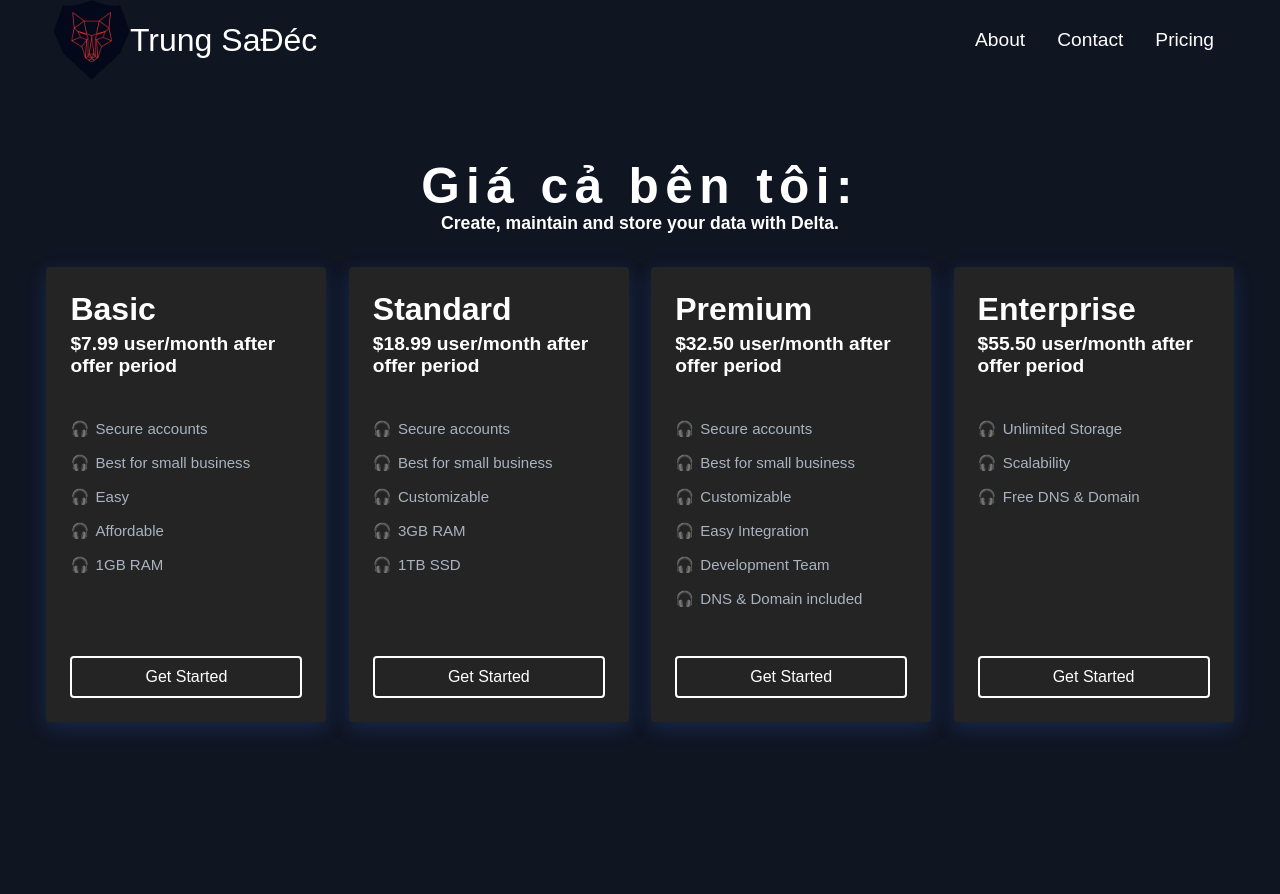
Repository: fdhhhdjd/Profile-Gift-B_H_Q_Trung
Page: /pricing
An editor plug-in stored every save of this project. The page is shown before and after the next save, followed by the edit.
The browser window is 1280 px wide. The pictures show the whole page.
The project was rebuilt for these pictures with package versions that can differ from the ones it lists, and the page was loaded fresh each time. Also part of the build but not shown: src/App.css, src/Pages/Home.js, src/Styles/HeroStyles.js, src/Components/Hero.js. Imported but missing from the stored project, and not drawn on this page: src/Pages/SignUpPage.

Above is the page before, as saved 2021-10-28 16:50:29.

After the next save:
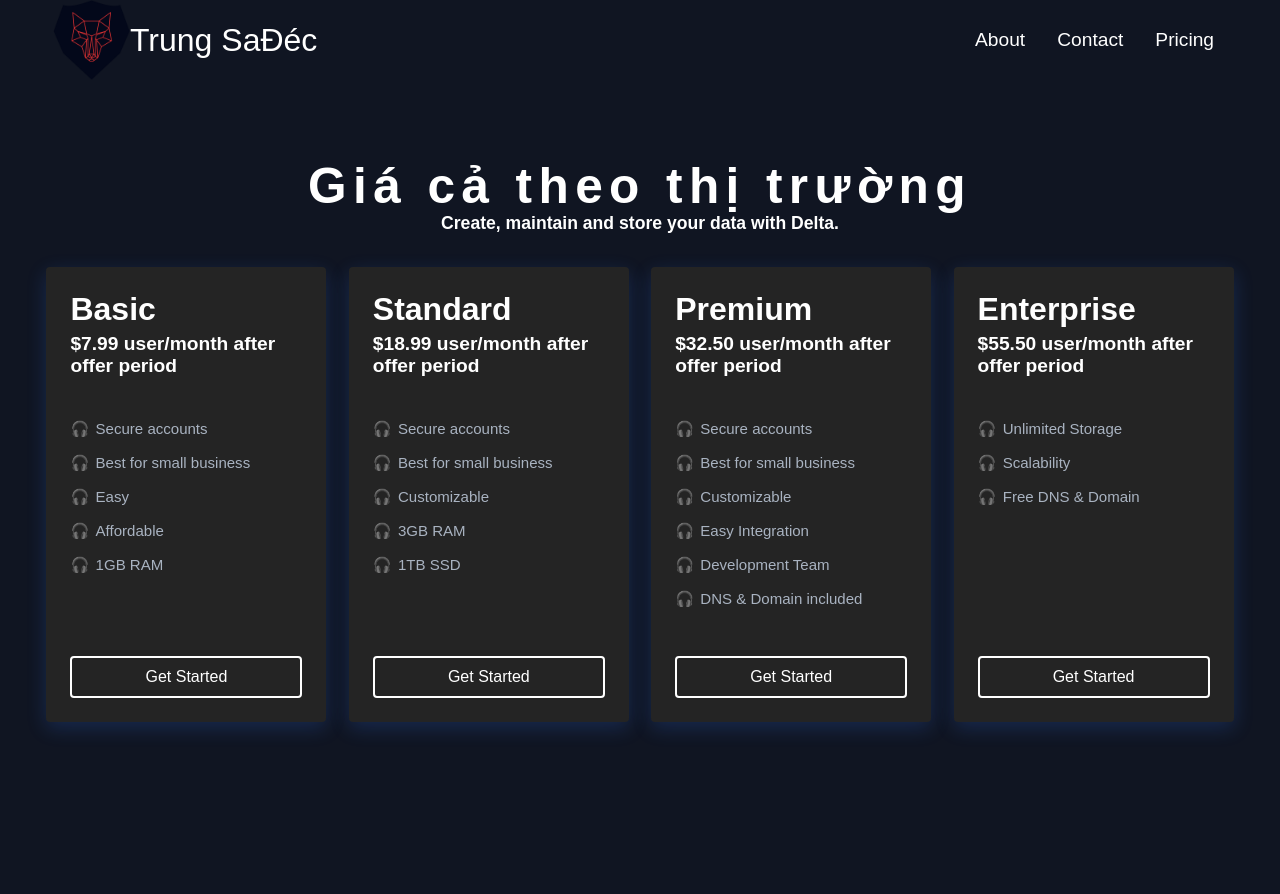
Saved 15 s later.
--- a/src/Pages/PricingPage.js
+++ b/src/Pages/PricingPage.js
@@ -20,7 +20,7 @@ const PricingPage = () => {
       <IconContext.Provider value={{ color: "#a9b3c1", size: "1rem" }}>
         <PricingSection id="pricing">
           <PricingWrapper>
-            <Heading>Giá cả bên tôi:</Heading>
+            <Heading>Giá cả theo thị trường</Heading>
 
             <TextWrapper
               mb="1.4rem"
